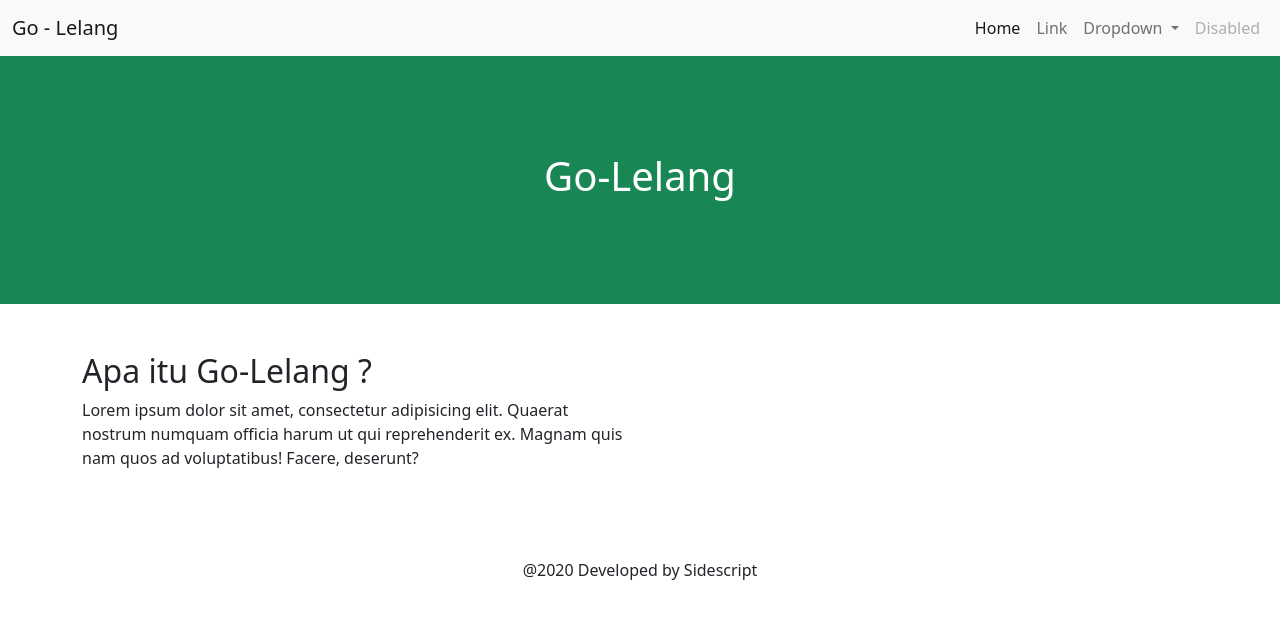
Repository: khulqu15/Go---Lelalng
Page: http://localhost/
An editor plug-in stored every save of this project. The page is shown before and after the next save, followed by the edit.
The browser window is 1280 px wide. The pictures show the whole page.
The page is served by the project's Laravel application, run on PHP 8.4 with Laravel 8. Other server files are loaded and not shown.

Above is the page before, as saved 2021-02-22 09:21:03.

### routes/web.php
<?php

use App\Http\Controllers\DashboardController;
use App\Http\Controllers\PageController;
use Illuminate\Support\Facades\Route;

/*
|--------------------------------------------------------------------------
| Web Routes
|--------------------------------------------------------------------------
|
| Here is where you can register web routes for your application. These
| routes are loaded by the RouteServiceProvider within a group which
| contains the "web" middleware group. Now create something great!
|
*/

Route::get('/', [PageController::class, 'home'])->name('home');
Route::get('products', [PageController::class, 'products'])->name('products');
Route::get('product/{id}', [PageController::class, 'product'])->name('product');
Route::get('contact', [PageController::class, 'contact'])->name('contact');
Route::get('login', [PageController::class, 'login'])->name('login');
Route::get('register', [PageController::class, 'register'])->name('register');

Route::group(['middleware' => ['userDashboard']], function() {
    Route::get('dashboard', [DashboardController::class, 'index'])->name('dashboard');
    Route::get('dashboard/product', [DashboardController::class, 'product'])->name('dashboard.product');
    Route::get('dashboard/user', [DashboardController::class, 'user'])->name('dashboard.user');
    Route::get('dashboard/auction', [DashboardController::class, 'auction'])->name('dashboard.auction');
});

### app/Http/Controllers/PageController.php
<?php

namespace App\Http\Controllers;

use App\Models\Product;
use Illuminate\Http\Request;

class PageController extends Controller
{
    public function home()
    {
        return view('welcome');
    }

    public function products(Request $request)
    {
        $query = Product::query();
        if($request->get('name')) {
            $products = $query->where('name', 'LIKE', '%'.$request->get('name').'%');
        }
        if($request->get('category')) {
            $products = $query->where('category_id', $request->get('category'));
        }
        $products = $query->paginate(6);
        return view('page.products', compact('products'));
    }

    public function product($id)
    {
        $product = Product::find($id);
        return view('page.product', compact('product'));
    }

    public function contact()
    {
        return view('page.contact');
    }

    public function login()
    {
        return view('auth.login');
    }

    public function register()
    {
        return view('auth.register');
    }
}

### resources/views/welcome.blade.php
@extends('layout.app')

@section('title', 'Home')

@section('content')
	<div class="container-fluid bg-success">
		<div class="row py-5">
			<div class="col-md-12 px-0 py-5 text-center">
                <h1 class="text-white font-weight-bold">Go-Lelang</h1>
			</div>
		</div>
	</div>
    <div class="container py-5">
        <div class="row">
            <div class="col-md-6">
                <h2 class="font-weight-bold">Apa itu Go-Lelang ?</h2>
                <p>Lorem ipsum dolor sit amet, consectetur adipisicing elit. Quaerat nostrum numquam officia harum ut qui reprehenderit ex. Magnam quis nam quos ad voluptatibus! Facere, deserunt?</p>
            </div>
        </div>
    </div>
@endsection

### resources/views/layout/app.blade.php
<!DOCTYPE html>
<html lang="en">
<head>
    <meta charset="UTF-8">
    <meta name="viewport" content="width=device-width, initial-scale=1.0">
    <meta http-equiv="X-UA-Compatible" content="ie=edge">
    <title>GO - Lelang | @yield('title')</title>

    <link rel="stylesheet" href="{{ asset('css/bootstrap.min.css') }}">
    <link rel="stylesheet" href="{{ asset('css/all.min.css') }}">
    <link rel="stylesheet" href="{{ asset('css/fontawesome.min.css') }}">

    <script src="{{ asset('js/jquery-3.5.1.min.js') }}"></script>
    <script src="{{ asset('js/bootstrap.min.js') }}"></script>
    <script src="{{ asset('js/all.min.js') }}"></script>
    <script src="{{ asset('js/fontawesome.min.js') }}"></script>

</head>
<body>

    <nav class="navbar navbar-expand-lg navbar-light bg-light">
        <div class="container-fluid">
          <a class="navbar-brand" href="#">Go - Lelang</a>
          <button class="navbar-toggler" type="button" data-bs-toggle="collapse" data-bs-target="#navbarSupportedContent" aria-controls="navbarSupportedContent" aria-expanded="false" aria-label="Toggle navigation">
            <span class="navbar-toggler-icon"></span>
          </button>
          <div class="collapse navbar-collapse" id="navbarSupportedContent">
            <ul class="navbar-nav ms-auto mb-2 mb-lg-0">
              <li class="nav-item">
                <a class="nav-link active" aria-current="page" href="#">Home</a>
              </li>
              <li class="nav-item">
                <a class="nav-link" href="#">Link</a>
              </li>
              <li class="nav-item dropdown">
                <a class="nav-link dropdown-toggle" href="#" id="navbarDropdown" role="button" data-bs-toggle="dropdown" aria-expanded="false">
                  Dropdown
                </a>
                <ul class="dropdown-menu" aria-labelledby="navbarDropdown">
                  <li><a class="dropdown-item" href="#">Action</a></li>
                  <li><a class="dropdown-item" href="#">Another action</a></li>
                  <li><hr class="dropdown-divider"></li>
                  <li><a class="dropdown-item" href="#">Something else here</a></li>
                </ul>
              </li>
              <li class="nav-item">
                <a class="nav-link disabled" href="#" tabindex="-1" aria-disabled="true">Disabled</a>
              </li>
            </ul>
          </div>
        </div>
      </nav>

    @yield('content')

    <footer class="container-fluid py-4">
        <div class="row">
            <div class="col-md-12 text-center">
                <p class="mb-0">@2020 Developed by Sidescript</p>
            </div>
        </div>
    </footer>
</body>
</html>

Loaded but not shown: app/Providers/AppServiceProvider.php (common file); app/Http/Controllers/Controller.php (common file); public/css/bootstrap.min.css (library); public/css/all.min.css (library); public/css/fontawesome.min.css (library); public/js/jquery-3.5.1.min.js (library); public/js/bootstrap.min.js (library); public/js/fontawesome.min.js (library)

After the next save:
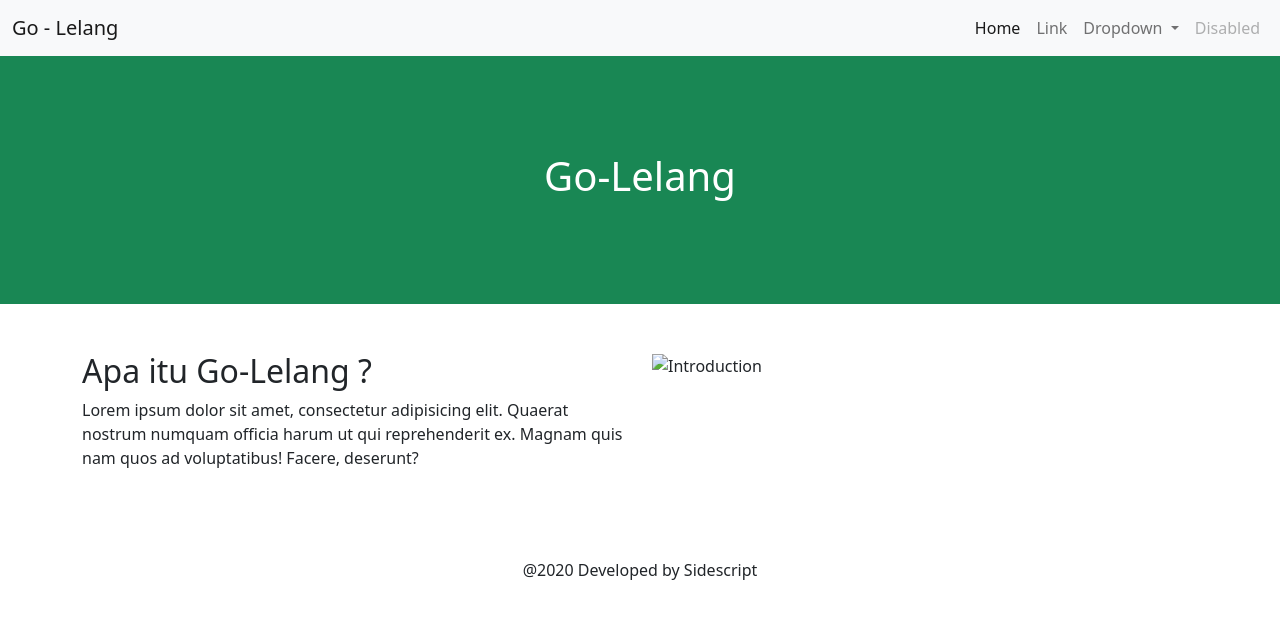
Saved 46 s later.
--- a/resources/views/welcome.blade.php
+++ b/resources/views/welcome.blade.php
@@ -16,6 +16,9 @@
                 <h2 class="font-weight-bold">Apa itu Go-Lelang ?</h2>
                 <p>Lorem ipsum dolor sit amet, consectetur adipisicing elit. Quaerat nostrum numquam officia harum ut qui reprehenderit ex. Magnam quis nam quos ad voluptatibus! Facere, deserunt?</p>
             </div>
+            <div class="col-md-6">
+                <img src="{{ asset('img/what.svg') }}" alt="Introduction">
+            </div>
         </div>
     </div>
 @endsection
